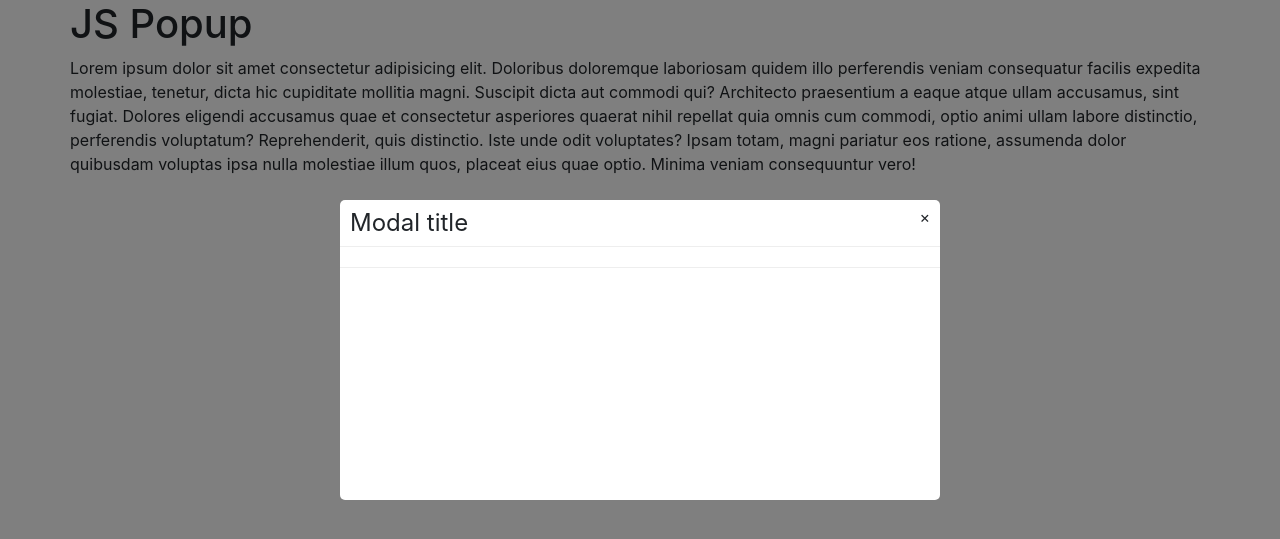
Repository: frostnn/popup-js
Page: index.html
These files come from the project's save history. The page is drawn as it stood at one moment and after the next save; the edit follows.
The browser window is 1280 px wide. The pictures show the whole page.

Above is the page before, as saved 2021-01-17 22:55:24.

### index.html
<!DOCTYPE html>
<html lang="en">
<head>
  <meta charset="UTF-8">
  <meta name="viewport" content="width=device-width, initial-scale=1.0">
  <link rel="stylesheet" href="https://cdn.jsdelivr.net/npm/bootstrap@4.5.3/dist/css/bootstrap.min.css" integrity="sha384-TX8t27EcRE3e/ihU7zmQxVncDAy5uIKz4rEkgIXeMed4M0jlfIDPvg6uqKI2xXr2" crossorigin="anonymous">
  <link rel="stylesheet" href="css/modal.css">
  <title>Popup</title>
</head>
<body>
  <section class="container">
    <div class="row">
      <h1>JS Popup</h1>
      <p>Lorem ipsum dolor sit amet consectetur adipisicing elit. Doloribus doloremque laboriosam quidem
        illo perferendis veniam consequatur facilis expedita molestiae, tenetur, dicta hic cupiditate
        mollitia magni. Suscipit dicta aut commodi qui?
        Architecto praesentium a eaque atque ullam accusamus,
        sint fugiat. Dolores eligendi accusamus quae et consectetur asperiores quaerat nihil repellat
        quia omnis cum commodi, optio animi ullam labore distinctio, perferendis voluptatum?
        Reprehenderit, quis distinctio. Iste unde odit voluptates? Ipsam totam, magni pariatur eos ratione,
        assumenda dolor quibusdam voluptas ipsa nulla molestiae illum quos, placeat eius quae optio.
        Minima veniam consequuntur vero!
      </p>
    </div>
  </section>

  <div class="modale">
    <div class="modale-overlay">
      <div class="modale-window">
        <div class="modale-window_header">
          <span class="modale-window_header-title">Modal title</span>
          <span class="modale-close">&times;</span>
        </div>
        <div class="modale-window_body">

        </div>
        <div class="modale-window_footer">

        </div>
      </div>
    </div>
  </div>

  <script src='base.js'></script>
  <script src='index.js'></script>
</body>
</html>

### css/modal.css
.modale-overlay {
  position: fixed;
  top: 0;
  right: 0;
  left: 0;
  bottom: 0;
  background: rgb(0, 0, 0, 0.5);
}

.modale-window {
  width: 600px;
  height: 300px;
  border-radius: 5px;
  background: #fff;
  margin: 200px auto;
}

.modale-window_header {
  padding: 5px 10px;
  display: flex;
  justify-content: space-between;
  border-bottom: 1px solid #eee;
}

.modale-window_header-title {
  font-size: 1.5rem;
}

.modale-close {
  cursor: pointer;
}

.modale-window_body {
  padding: 10px;
}

.modale-window_body p{
  margin: 0 0 5px;
}

.modale-window_footer {
  padding: 5px 10px;
  border-top: 1px solid #eee;
}

### base.js
const $ = {};

window.$ = $

Loaded but not shown: index.js (no copy from this time; the picture is the same without it)

After the next save:
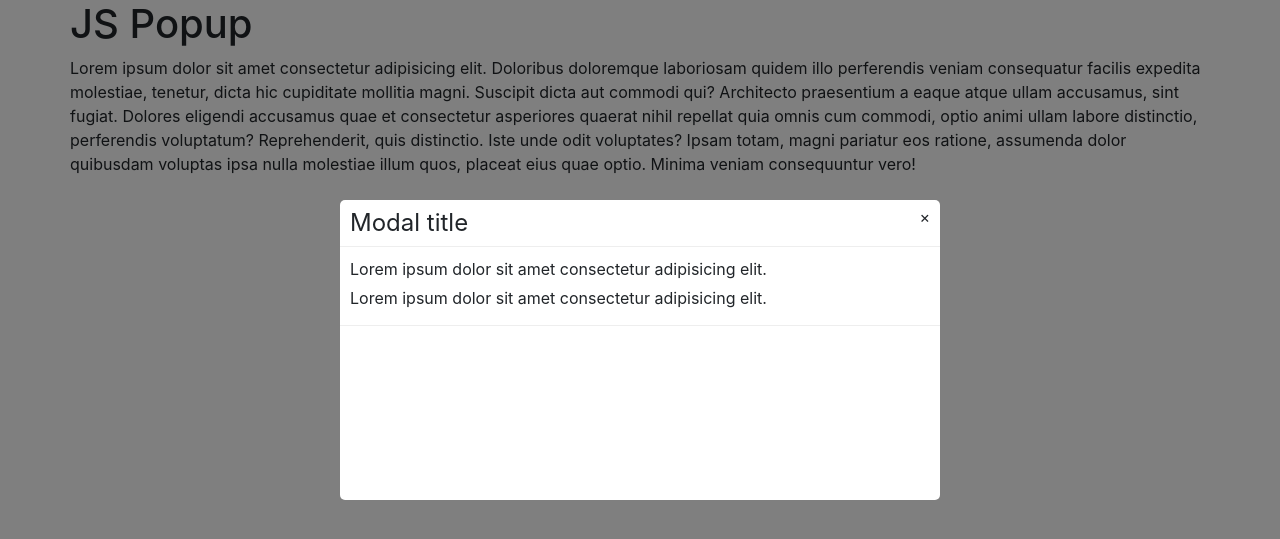
Saved 1 s later.
--- a/index.html
+++ b/index.html
@@ -32,7 +32,8 @@
           <span class="modale-close">&times;</span>
         </div>
         <div class="modale-window_body">
-
+          <p> Lorem ipsum dolor sit amet consectetur adipisicing elit.</p>
+          <p> Lorem ipsum dolor sit amet consectetur adipisicing elit.</p>
         </div>
         <div class="modale-window_footer">
 
